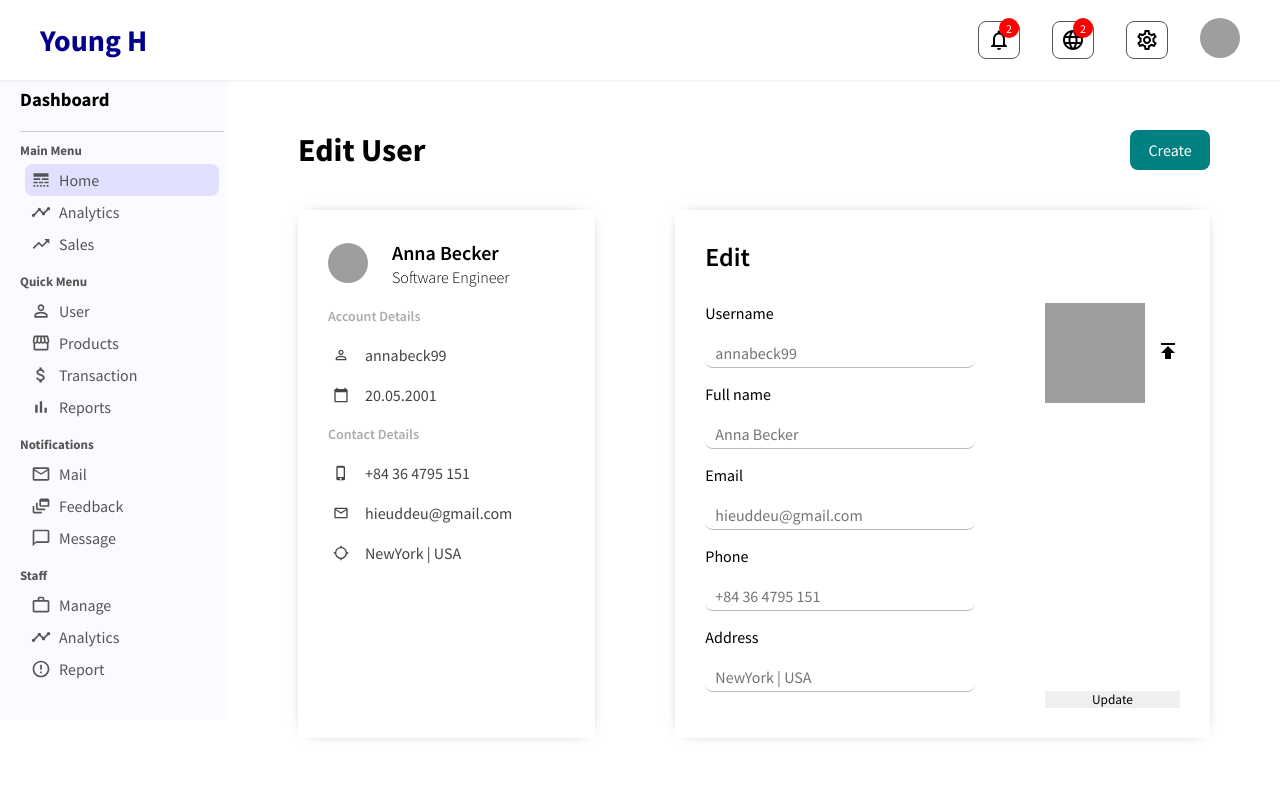
Repository: noname20011/admin
Page: /user/1
The author's editor kept a copy of each file at every save. The page is drawn from the files as they stood at one save, then again after the next save.
The browser window is 1280 px wide. The pictures show the whole page.
Pictures or frames that could not be fetched are drawn as grey boxes. The project was rebuilt for these pictures with package versions that can differ from the ones it lists, and the page was loaded fresh each time. Also part of the build but not shown: src/pages/home/home.css, src/comopnents/featureInfo/feature.css, src/comopnents/featureInfo/Feature.jsx, src/comopnents/chart/chart.css, src/comopnents/chart/Chart.jsx, src/comopnents/widgetSm/widgetSm.css, src/comopnents/widgetSm/WidgetSm.jsx, src/comopnents/widgetLg/widgetLg.css and 5 more.

Above is the page before, as saved 2021-11-14 14:49:49.

After the next save:
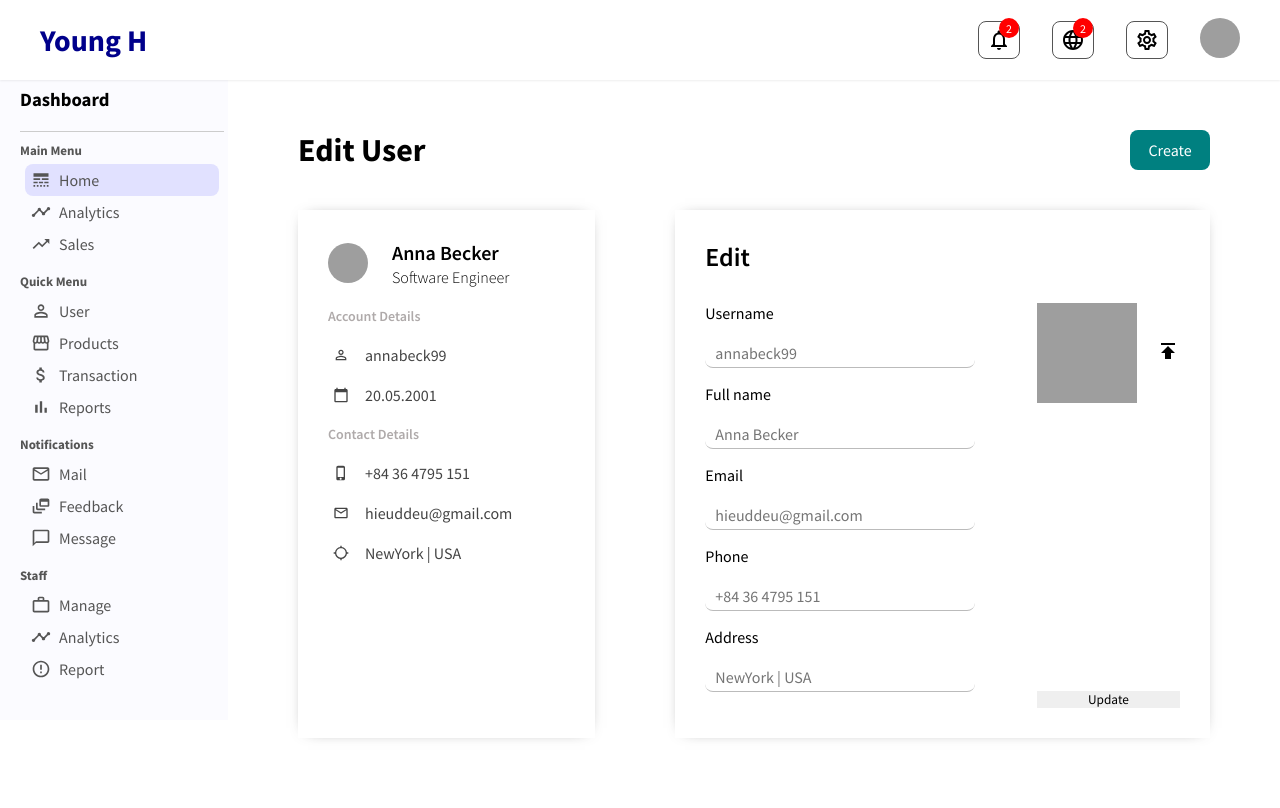
Saved 10 s later.
--- a/src/pages/user/user.css
+++ b/src/pages/user/user.css
@@ -129,7 +129,7 @@
     display: flex;
     align-items: center;
     justify-content: center;
-    column-gap: .7rem;
+    column-gap: 1.2rem;
 }
 .userFormImg {
     width: 100px;
